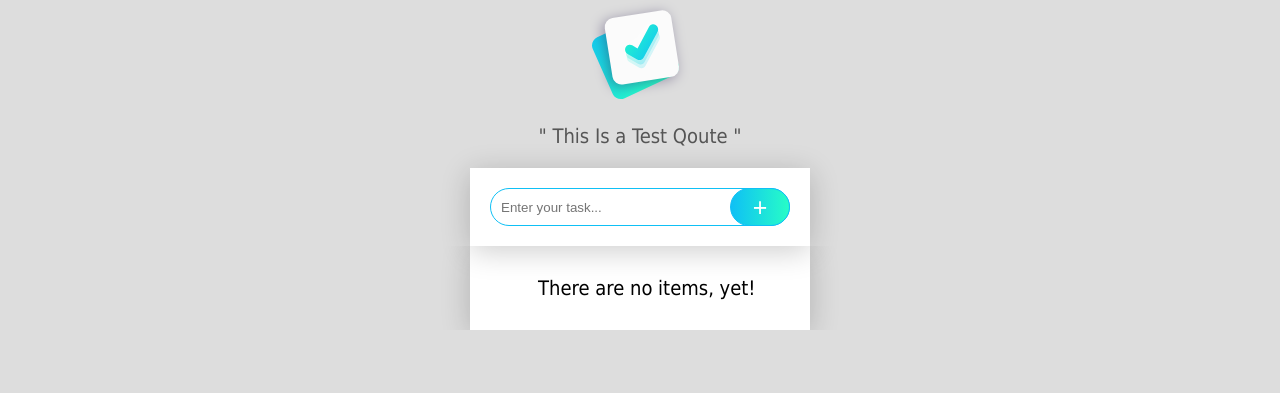
Repository: ahmedhamed15/React-Todo
Page: /
The author's editor kept a copy of each file at every save. The page is drawn from the files as they stood at one save, then again after the next save.
The browser window is 1280 px wide. The pictures show the whole page.
The project was rebuilt for these pictures with package versions that can differ from the ones it lists, and the page was loaded fresh each time. Also part of the build but not shown: src/components/Todos/TodoItem/index.js.

Above is the page before, as saved 2021-07-27 01:41:52.

After the next save:
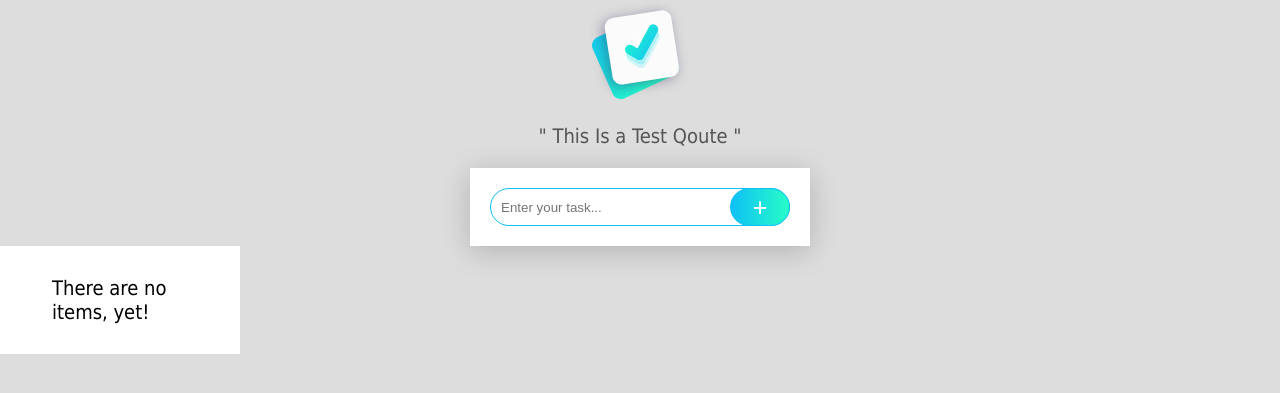
Saved 22 s later.
--- a/src/components/Todos/TodoList/style.scss
+++ b/src/components/Todos/TodoList/style.scss
@@ -1,7 +1,6 @@
 .todo-list {
     background: #FFF;
     font-size: 20px;
-    max-width: 15em;
     margin: auto;
     padding: 0.5em 1em;
     box-shadow: 0 5px 30px rgba(0, 0, 0, 0.2);
@@ -10,5 +9,5 @@
     max-height: 345px;
     overflow-y: auto;
     overflow-x: hidden;
-
+    max-width: 15em;
 }

After the 2 saves that followed:
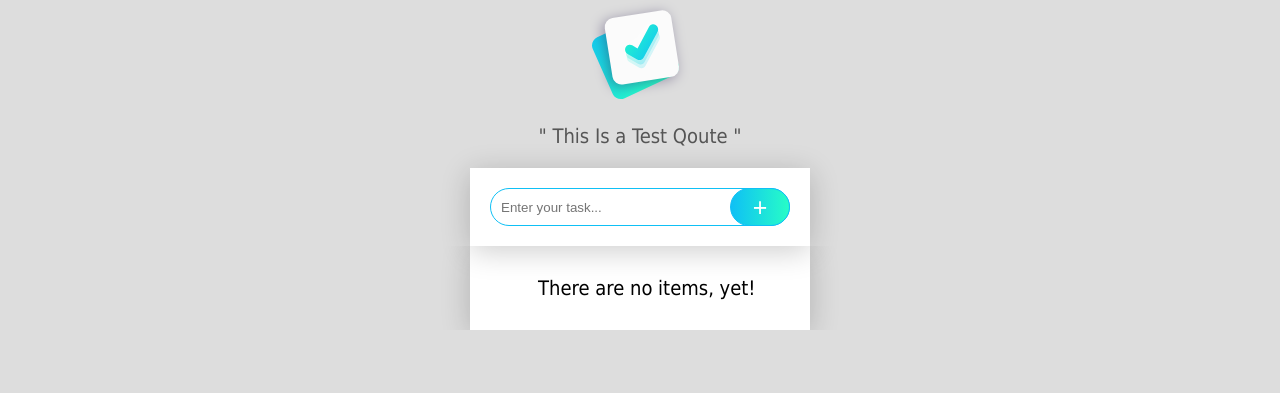
The 2 saves are shown as one change because 1 left the picture as it was.
The last was saved 21 s later.
--- a/src/components/Todos/TodoList/style.scss
+++ b/src/components/Todos/TodoList/style.scss
@@ -1,6 +1,7 @@
 .todo-list {
     background: #FFF;
     font-size: 20px;
+    max-width: 15em;
     margin: auto;
     padding: 0.5em 1em;
     box-shadow: 0 5px 30px rgba(0, 0, 0, 0.2);
@@ -9,5 +10,5 @@
     max-height: 345px;
     overflow-y: auto;
     overflow-x: hidden;
-    max-width: 15em;
+
 }
